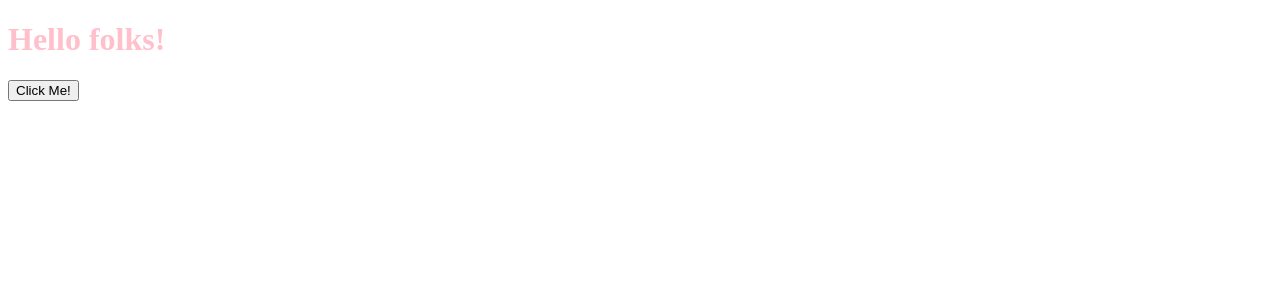
Repository: aakriti-tech/GlobalLogic
Page: Akki/WebContent/index.html
The author's editor kept a copy of each file at every save. The page is drawn from the files as they stood at one save, then again after the next save.
The browser window is 1280 px wide. The pictures show the whole page.

Above is the page before, as saved 2022-08-01 05:36:21.

### Akki/WebContent/index.html
<!DOCTYPE html>
<html>
<head>
<meta charset="ISO-8859-1">
<title>First Web App</title>
</head>
<body>

<h1 style="color: pink">Hello folks!</h1>
<button type="button">Click Me!</button>

</body>
</html>

After the next save:
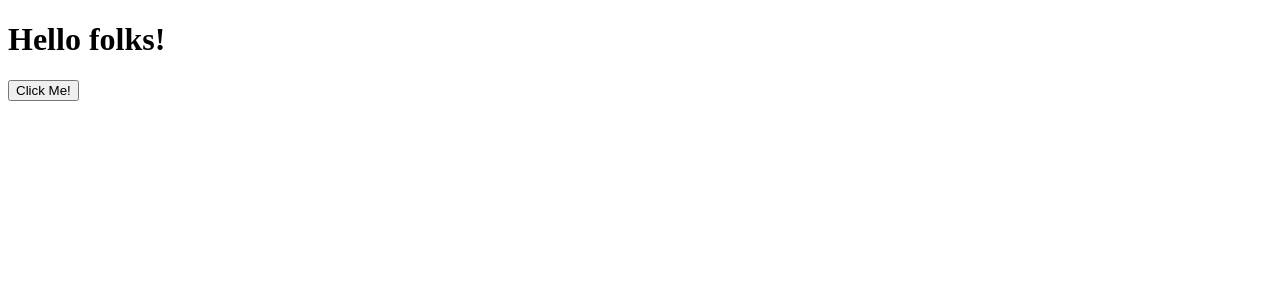
Saved 113 s later.
--- a/Akki/WebContent/index.html
+++ b/Akki/WebContent/index.html
@@ -6,7 +6,7 @@
 </head>
 <body>
 
-<h1 style="color: pink">Hello folks!</h1>
+<h1 style="background color: pink">Hello folks!</h1>
 <button type="button">Click Me!</button>
 
 </body>
